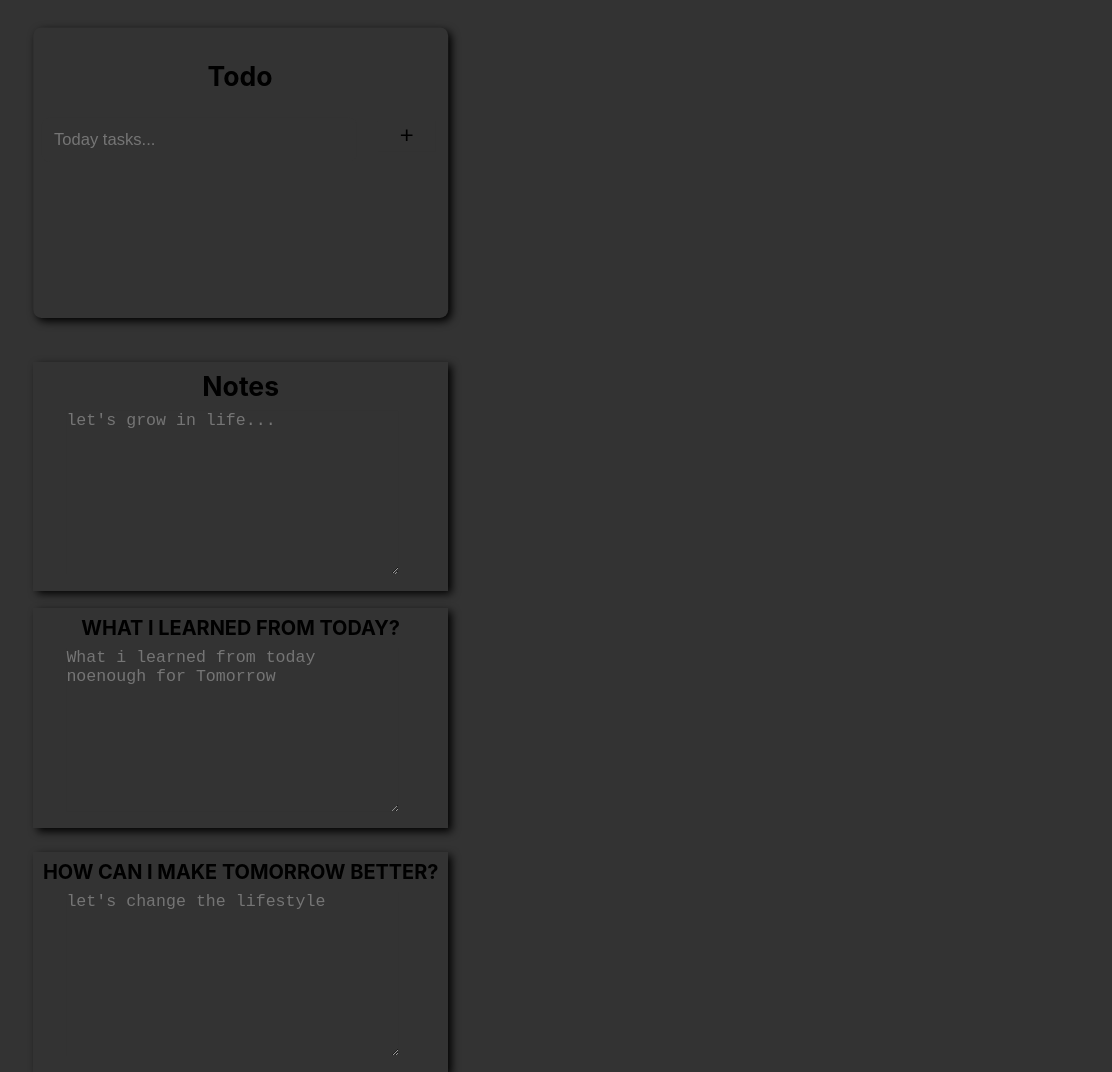
Repository: subhamRsahoo/note
Page: /
These files come from the project's save history. The page is drawn as it stood at one moment and after the next save; the edit follows.
The browser window is 1280 px wide. The page is 1320 px wide, then 1340 px, so the pictures cover 1340 px, including what lies to the right of the window. The pictures show the whole page, at 83% of full size.
The project was rebuilt for these pictures with package versions that can differ from the ones it lists, and the page was loaded fresh each time.

Above is the page before, as saved 2021-07-15 17:49:35.

### public/index.html
<!DOCTYPE html>
<html lang="en">
  <head>
    <meta charset="utf-8" />
    <link rel="icon" href="%PUBLIC_URL%/favicon.ico" />
    <meta name="viewport" content="width=device-width, initial-scale=1" />
    <meta name="theme-color" content="#000000" />
    <meta
      name="description"
      content="Web site created using create-react-app"
    />
    <link rel="apple-touch-icon" href="%PUBLIC_URL%/logo192.png" />
    <link rel="manifest" href="%PUBLIC_URL%/manifest.json" />


    <!-- <link rel="stylesheet" href="https://cdnjs.cloudflare.com/ajax/libs/font-awesome/5.15.3/css/font-awesome.min.css"/> -->

    <!-- <link rel="stylesheet" href="https://bootswatch.com/4/materia/bootstrap.com"/> -->

    <title>React App</title>
  </head>
  <body>
    <noscript>You need to enable JavaScript to run this app.</noscript>
    <div id="root"></div>
  </body>
</html>

### src/App.js
import React from 'react'
import Hub from './components/Hub';
import Hub1 from './components/aaaa/Hub1';
// import A from './components/New folder/A';

function App() {
    return (
        <div>
            <Hub/>
            <Hub1/>
            {/* <A/> */}
        </div>
    )
}

export default App

### src/components/Hub.js
import React , {useState , useEffect}from "react";
import Header from "./Header";
import Form from "./Form";
import TodoList from "./TodoList";
import './App.css';


const Hub = () => {
  const initalState = JSON.parse(localStorage.getItem("todos")) || [];
  const [input ,setInput] = useState("");
  const [todos ,setTodos] = useState(initalState);
  const [editTodo , setEditTodo] = useState(null);

  useEffect(() => {
    localStorage.setItem("todos" , JSON.stringify(todos))
  }, [todos]);
  return (
    <div className="container">
      <div className="app-wrapper">
        <div>
          <Header/>
        </div>
        <div>
          <Form
          input={input}
          setInput={setInput}
          todos={todos}
          setTodos={setTodos}
          editTodo={editTodo}
          setEditTodo={setEditTodo}
          />
        </div>
        <div>
          <TodoList todos={todos} setTodos={setTodos} setEditTodo={setEditTodo}/>
        </div>
      </div>
    </div>

  );
}

export default Hub;

### src/components/aaaa/Hub1.js
import React, { Component } from 'react';
import FormDataComponent from './components/form-data.component';
class  Hub1 extends Component {
  render() {
    return (
      <div >
        <FormDataComponent />
      </div>
    );
  }
}

export default Hub1;

### src/components/Header.js
import React from 'react'

function Header() {
    return (
        <div className="header">
            <h1>Todo</h1>
        </div>
    )
}

export default Header

### src/components/Form.js
import React , {useEffect} from 'react'
import {v4 as uuidv4} from "uuid";
import AddIcon from '@material-ui/icons/Add';

 const Form =({input , setInput , todos , setTodos , editTodo , setEditTodo }) => {
     const updateTodo = (title , id, completed) =>
     {
         const newTodo = todos.map((todo)=>

             todo.id === id ? {title,id, completed} : todo
         )
         setTodos(newTodo);
         setEditTodo("");
     }
     useEffect(() =>
     {
         if(editTodo)
         {
             setInput(editTodo.title);
         }else{
             setInput("")
         }
     }, [setInput , editTodo]);

     const onInputChange= (event) =>
     {
       setInput(event.target.value);
     };

     const onFormSubmit = (event) =>
     {
        event.preventDefault();
        if(!editTodo){
            setTodos([...todos , {id:uuidv4(), title: input , completed: false}]);
            setInput("");
        }else{
            updateTodo(input , editTodo.id , editTodo.completed)
        }
     }
    return (
       <form onSubmit={onFormSubmit}>
           <input type="text" placeholder="Today tasks... " className="task-input"
           value={input} required onChange={onInputChange} limit={3}/>
           <button type="submit" className="Add">
            <AddIcon/>
           </button>
       </form>
    )
}

export default Form

### src/components/TodoList.js
import React from 'react'
import DoneIcon from '@material-ui/icons/Done';
import EditIcon from '@material-ui/icons/Edit';
import DeleteIcon from '@material-ui/icons/Delete';

const TodoList = ({todos , setTodos , setEditTodo}) => {

    const handleDelete = ({id}) =>
    {
        setTodos(todos.filter((todo) => todo.id !== id));
    }

    const handleComplete = (todo) =>
    {
        setTodos(
            todos.map((item) => {
                if(item.id === todo.id){
                    return {...item , completed: !item.completed};
                }
                return item
            })
        )
    }

    const handleEdit =({id}) =>{
        const findTodo = todos.find((todo) => todo.id === id);
        setEditTodo(findTodo);
    };
    return (
        <div>
           {todos.map((todo) => (
               <li className="list-item"  key={todo.id}>
                   <input type="text"
                     value={todo.title}
                     className={`list ${todo.completed ? "complete" : "" }`}
                     onChange={(event)=> event.preventDefault()}
                   />
                   <div>
                       <button className="button-complete task-button" onClick={() => handleComplete(todo)}>
                          <i><DoneIcon/></i>
                       </button>
                       <button className="button-edit task-button" onClick={()=> handleEdit(todo)}>
                          <i><EditIcon/></i>
                       </button>
                       <button className="button-delete task-button"  onClick={()=> handleDelete(todo)}>
                          <i><DeleteIcon/></i>
                       </button>
                   </div>
               </li>
           ))}
        </div>
    );
}

export default TodoList;

### src/components/App.css
::-webkit-scrollbar {
  width: 9px;
}
::-webkit-scrollbar-thumb {
  background-color: #a8a8a8;
}
::-webkit-scrollbar-thumb:hover {
  background: #828282;
}
::-webkit-scrollbar-track {
  background: #cccccc;
}

body {
  font-family: -apple-system, BlinkMacSystemFont, 'Segoe UI', 'Roboto', 'Oxygen',
    'Ubuntu', 'Cantarell', 'Fira Sans', 'Droid Sans', 'Helvetica Neue',
    sans-serif;
  -webkit-font-smoothing: antialiased;
  -moz-osx-font-smoothing: grayscale;
  background: #333;
}

code {
  font-family: source-code-pro, Menlo, Monaco, Consolas, 'Courier New',
    monospace;
}


*
{
  margin: 0;
  padding: 0;
}

.container
{
  margin-top: 10px;
  width: 100%;
  min-height: 55vh;
  display: grid;
  justify-content: left;
  /* margin-left: 40px; */
  right: 500px;
  align-items: center;
  position: relative;
  box-sizing: border-box;
  left: 40px;
}

.app-wrapper
{
  background-color: #333;
  width: 500px;
  min-height: 350px;
  padding: 10px;
  box-sizing: border-box;
  border-radius: 10px;
  box-shadow: 4px 4px 10px #000;
  /* margin-bottom: 150px; */

}

.header h1
{
  color: black;
  text-align: left;
  margin: 30px 0;
  margin-left: 200px;
}

.task-input
{
  outline: none;
  width: 350px;
  padding: 15px;
  margin-right: 25px;
  font-size: 20px;
  color: white;
  background-color: #333;
  border: none;
  border-radius: 10px;
}

.task-input:hover
{
  box-shadow: 6px 4px 10px #000;
}

.Add
{
  width: 70px;
  padding: 5px 5px;
  border: 0;
  cursor: pointer;
  border-style: transparent;
  background-color: #333;
}

.Add:hover
{
  border-radius: 10px;
  box-shadow: 6px 4px 10px #000;
}

.list-item
{
  display: flex;
  margin: 20px 0;
  border: none;
  border-radius: 10px;
  padding: 7px;
  max-height: 20px;
}

.list-item:hover
{
  box-shadow: 6px 4px 10px #000;
}

.button-complete,
.button-delete,
.button-edit
{
  border: none;
  outline: none;
  cursor: pointer;
  background-color: transparent;
  font-size: 20px;
  border-radius: 50%;
}

.button-complete
{
  color: #ff6c6c;
  margin-right: 10px;
  margin-left: 70px;
}

.button-edit
{
  color: #e2d029;
  margin-right: 10px;
}

.button-delete
{
  color: lightseagreen;
}

.complete
{
  text-decoration-style: solid;
  text-decoration-line: line-through;
  text-decoration-color: #ff6c6c;
  opacity: 0.6;
}

.list
{
  width: 250px;
  background-color: #333;
  border: none;
  color: wheat;
  font-size: 20px;
  padding-left: 10px;
  margin-right: 15px;
}

input:focus,
button:focus
{
  outline: none;
}

@media screen and (max-width:768px)
{
  .container
  {
    left : 120px;
  }
  .app-wrapper
  {

    min-width: 400px;
    min-height: 260px;
    /* margin-top: 15px; */
  }
}

@media screen and (max-width:540px)
{
  .container
  {
    left: 40px;
  }
}

@media screen and (max-width: 1020px)
{
  .app-wrapper
  {
    min-width: 200px;
    min-height: 260px;
    margin-top: 15px;
  }
}

### src/components/aaaa/components/form-data.component.js
import React, { Component } from 'react';
import './design.css';
export default class FormDataComponent extends Component {
    userData;

    constructor(props) {
        super(props);

        this.onChangeName = this.onChangeName.bind(this);
        this.onChangeName1 = this.onChangeName1.bind(this);
        this.onChangeName2 = this.onChangeName2.bind(this);
        this.onSubmit = this.onSubmit.bind(this);

        this.state = {
            name: '',
            name1: '',
            name2: ''
        }
    }

    // Form Values
    onChangeName(e) {
        this.setState({ name: e.target.value })
    }

    onChangeName1(e) {
        this.setState({ name1: e.target.value })
    }

    onChangeName2(e) {
        this.setState({ name2: e.target.value })
    }


    // React Life Cycle
    componentDidMount() {
        this.userData = JSON.parse(localStorage.getItem('user'));

        if (localStorage.getItem('user')) {
            this.setState({
                name: this.userData.name,
                name1: this.userData.name1,
                name2: this.userData.name2
            })
        } else {
            this.setState({
                name: '',
                name1: '',
                name2: ''
            })
        }
    }

    componentWillUpdate(nextProps, nextState) {
        localStorage.setItem('user', JSON.stringify(nextState));
    }

    onSubmit(e) {
        e.preventDefault()
        console.log(this.state.props)
    }


    render() {
        return (

                <form className="form" onSubmit={this.onSubmit}>
                    <div className="contain">
                        <h1>Notes</h1>
                        <textarea type="text" placeholder="let's grow in life..." className="text1" value={this.state.name} onChange={this.onChangeName} />
                        {/* <button type="submit" className="btn1">Save</button> */}
                    </div>


                    <div className="contain1">
                        <h2>WHAT I LEARNED FROM TODAY?</h2>
                        <textarea type="text" placeholder="What i learned from today noenough for Tomorrow" className="text2" value={this.state.name1} onChange={this.onChangeName1} />
                        {/* <button type="submit" className="btn2">Save</button> */}
                    </div>

                    <div className="contain2">
                        <h2>HOW CAN I MAKE TOMORROW BETTER?</h2>
                        <textarea type="text" placeholder="let's change the lifestyle" className="text3" value={this.state.name2} onChange={this.onChangeName2} />
                        {/* <button type="submit" className="btn3">Save</button> */}
                    </div>
                </form>

        )
    }
}

### src/components/aaaa/components/design.css
.form
{
    width: 100%;
    height: 250px;
    display: grid;
    margin: 0;
    padding: 0;
}


.contain
{
    display: grid;
    width: 500px;
    left: 40px;
    top: 30px;
    bottom: 10px;
    box-shadow: 4px 4px 10px #000;
    position: relative;
    box-sizing: border-box;

}

.text1
{
    margin-top: 10px;
   width: 400px;
   height: 197px;
   margin-left: 40px;
   background-color: #333;
   border-style: none;
   color: white;
   border-style: none;
   font-size: 20px;
   margin-bottom: 20px;
}

.text1:hover
{
    box-shadow: 4px 4px 10px #000;
}

.contain h1
{
    margin-top: 10px;
   text-align: center;
}

/* .btn1
{
    background-color: #333;
    margin-left: 70px;
    text-decoration-color: white;
    border-style: none;
    color: white;
    cursor: pointer;
    margin-bottom: 10px;
    padding: 8px 8px;
    border-radius: 10px;
}

.btn1:hover
{
    box-shadow: 4px 4px 10px #000;
    padding: 8px 8px;
} */


.contain1
{
    width: 500px;
    top: 50px;
    left: 40px;
    box-shadow: 4px 4px 10px #000;
    position: relative;
    box-sizing: content-box;
    display: grid;
}

.text2
{
    margin-top: 10px;
    width: 400px;
    height: 197px;
    margin-left: 40px;
    background-color: #333;
    border-style: none;
    color: white;
    border-style: none;
    font-size: 20px;
    margin-bottom: 20px;
}

.text2:hover
{
    box-shadow: 4px 4px 10px #000;
}


.contain1 h2
{
    margin-top: 10px;
   text-align: center;
}

/* .btn2
{
    background-color: #333;
    margin-left: 70px;
    text-decoration-color: white;
    border-style: none;
    color: white;
    cursor: pointer;
    margin-bottom: 10px;
    padding: 8px 8px;
    border-radius: 10px;
}

.btn2:hover
{
    box-shadow: 4px 4px 10px #000;
    padding: 8px 8px;
} */

.contain2
{
   width: 500px;
    margin-top: 620px;
    margin-left: 40px;
    /* bottom: 630px; */
    box-shadow: 4px 4px 10px #000;
    position: absolute;
    box-sizing:border-box;
    display: grid;
}

.text3
{
    margin-top: 10px;
    width: 400px;
    height: 197px;
    margin-left: 40px;
    background-color: #333;
    border-style: none;
    color: white;
    border-style: none;
    font-size: 20px;
    margin-bottom: 20px;
}

.text3:hover
{
    box-shadow: 4px 4px 10px #000;
}


.contain2 h2
{
    margin-top: 10px;
   text-align: center;
}

/* .btn3
{
    background-color: #333;
    margin-left: 70px;
    text-decoration-color: white;
    border-style: none;
    color: white;
    cursor: pointer;
    margin-bottom: 10px;
    padding: 8px 8px;
    border-radius: 10px;
}

.btn3:hover
{
    box-shadow: 4px 4px 10px #000;
    padding: 8px 8px;
} */

@media screen and (max-width:768px)
{
    .contain
    {
        left: 80px;
    }
    .contain1
    {
        left: 80px;
    }
    .contain2
    {
        left: 80px;
    }
}

@media screen and (max-width: 540px)
{
    .contain
    {
        left: 0;
    }
    .contain1
    {
        left: 0px;
    }
    .contain2
    {
        left: 0px;
    }
}

### src/components/New folder/A.js
import React from 'react';
import './index.css';
import App from './App';


function A() {
    return (
        <div>
            <App />
        </div>
    )
}

export default A

### src/components/New folder/index.css
body {
	margin: 0;
	font-family: -apple-system, BlinkMacSystemFont, 'Segoe UI',
		'Roboto', 'Oxygen', 'Ubuntu', 'Cantarell', 'Fira Sans',
		'Droid Sans', 'Helvetica Neue', sans-serif;
	-webkit-font-smoothing: antialiased;
	-moz-osx-font-smoothing: grayscale;
}

code {
	font-family: source-code-pro, Menlo, Monaco, Consolas,
		'Courier New', monospace;
}

.header {
	display: flex;
	align-items: center;
	justify-content: space-between;
}

.dark-mode {
	background-color: black;
}

.dark-mode h1 {
	color: white;
}

.container1 {
	display: grid;
	min-width: 1260px;
	/* margin-right: auto;  */
	position: absolute;
	left: 50px;
	padding-right: 15px;
	padding-left: 15px;
	min-height: 500px;
	background-color:red;
}

.notes-list {
	display: grid;
	grid-gap: 1rem;
	grid-template-columns: repeat(
		auto-fill,
		minmax(250px, 1fr)
	);
}

.note.new {
	background-color: #67d7cc;
}

textarea {
	border: none;
	resize: none;
	background-color: #67d7cc;
}

textarea:focus {
	outline: none;
}

.save {
	background-color: #e1e1e1;
	border: none;
	border-radius: 15px;
	padding: 5px 10px 5px 10px;
}

.save:hover {
	background-color: #ededed;
	cursor: pointer;
}

.note {
	background-color: #fef68a;
	border-radius: 10px;
	padding: 1rem;
	min-height: 170px;
	display: flex;
	flex-direction: column;
	justify-content: space-between;
	white-space: pre-wrap;
}

.note-footer {
	display: flex;
	align-items: center;
	justify-content: space-between;
}

.delete-icon {
	cursor: pointer;
}

.search {
	display: flex;
	align-items: center;
	background-color: rgb(233, 233, 233);
	width: 700px;
	border-radius: 10px;
	padding: 5px;
	margin-bottom: 1.5em;
}

.search input {
	border: none;
	background-color: rgb(233, 233, 233);
	width: 100%;
}

.search input:focus {
	outline: none;
}

### src/components/New folder/App.js
import { useState, useEffect } from 'react';
import { nanoid } from 'nanoid';
import NotesList from './components/NotesList';
import Search from './components/Search';

const App = () => {
	const [notes, setNotes] = useState([
		{
			id: nanoid(),
			text: 'This is my first note!',
			date: '15/04/2021',
		},
		{
			id: nanoid(),
			text: 'This is my second note!',
			date: '21/04/2021',
		},
		{
			id: nanoid(),
			text: 'This is my third note!',
			date: '28/04/2021',
		},
		{
			id: nanoid(),
			text: 'This is my new note!',
			date: '30/04/2021',
		},
	]);

	const [searchText, setSearchText] = useState('');

	useEffect(() => {
		const savedNotes = JSON.parse(
			localStorage.getItem('react-notes-app-data')
		);

		if (savedNotes) {
			setNotes(savedNotes);
		}
	}, []);

	useEffect(() => {
		localStorage.setItem(
			'react-notes-app-data',
			JSON.stringify(notes)
		);
	}, [notes]);

	const addNote = (text) => {
		const date = new Date();
		const newNote = {
			id: nanoid(),
			text: text,
			date: date.toLocaleDateString(),
		};
		const newNotes = [...notes, newNote];
		setNotes(newNotes);
	};

	const deleteNote = (id) => {
		const newNotes = notes.filter((note) => note.id !== id);
		setNotes(newNotes);
	};

	return (
		<div >
			<div className='container1'>
				<Search handleSearchNote={setSearchText} />
				<NotesList
					notes={notes.filter((note) =>
						note.text.toLowerCase().includes(searchText)
					)}
					handleAddNote={addNote}
					handleDeleteNote={deleteNote}
				/>
			</div>
		</div>
	);
};

export default App;

### src/components/New folder/components/AddNote.js
import { useState } from 'react';

const AddNote = ({ handleAddNote }) => {
	const [noteText, setNoteText] = useState('');
	const characterLimit = 200;

	const handleChange = (event) => {
		if (characterLimit - event.target.value.length >= 0) {
			setNoteText(event.target.value);
		}
	};

	const handleSaveClick = () => {
		if (noteText.trim().length > 0) {
			handleAddNote(noteText);
			setNoteText('');
		}
	};

	return (
		<div className='note new'>
			<textarea
				rows='8'
				cols='10'
				placeholder='Type to add a note...'
				value={noteText}
				onChange={handleChange}
			></textarea>
			<div className='note-footer'>
				<small>
					{characterLimit - noteText.length} Remaining
				</small>
				<button className='save' onClick={handleSaveClick}>
					Save
				</button>
			</div>
		</div>
	);
};

export default AddNote;

Loaded but not shown: src/index.js (common file); src/components/New folder/components/NotesList.js (common file); src/components/New folder/components/Search.js (common file); src/components/New folder/components/Note.js (common file)

After the next save:
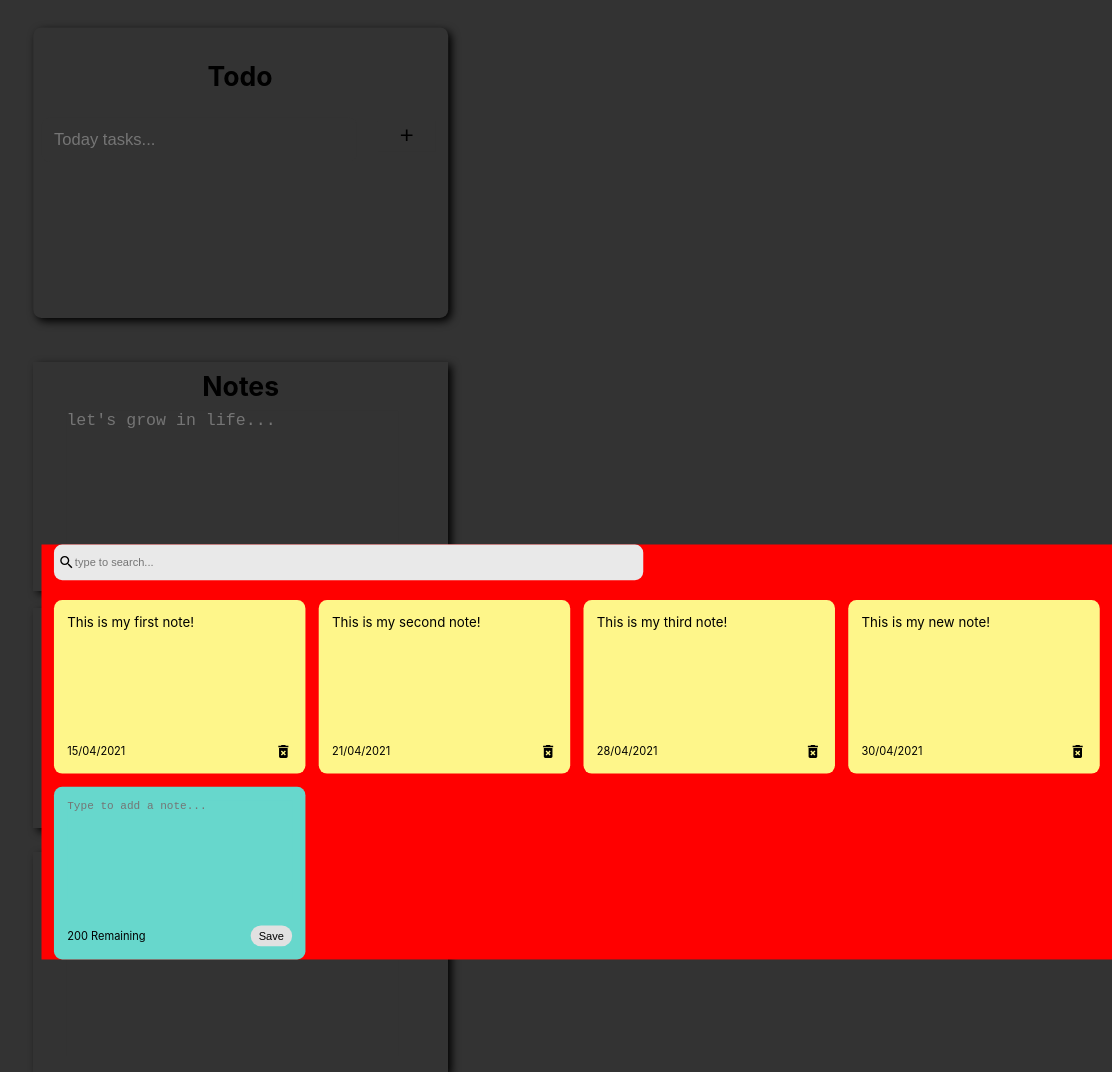
Saved 15 s later.
--- a/src/App.js
+++ b/src/App.js
@@ -1,14 +1,14 @@
 import React from 'react'
 import Hub from './components/Hub';
 import Hub1 from './components/aaaa/Hub1';
-// import A from './components/New folder/A';
+import A from './components/New folder/A';
 
 function App() {
     return (
         <div>
             <Hub/>
             <Hub1/>
-            {/* <A/> */}
+            <A/>
         </div>
     )
 }
